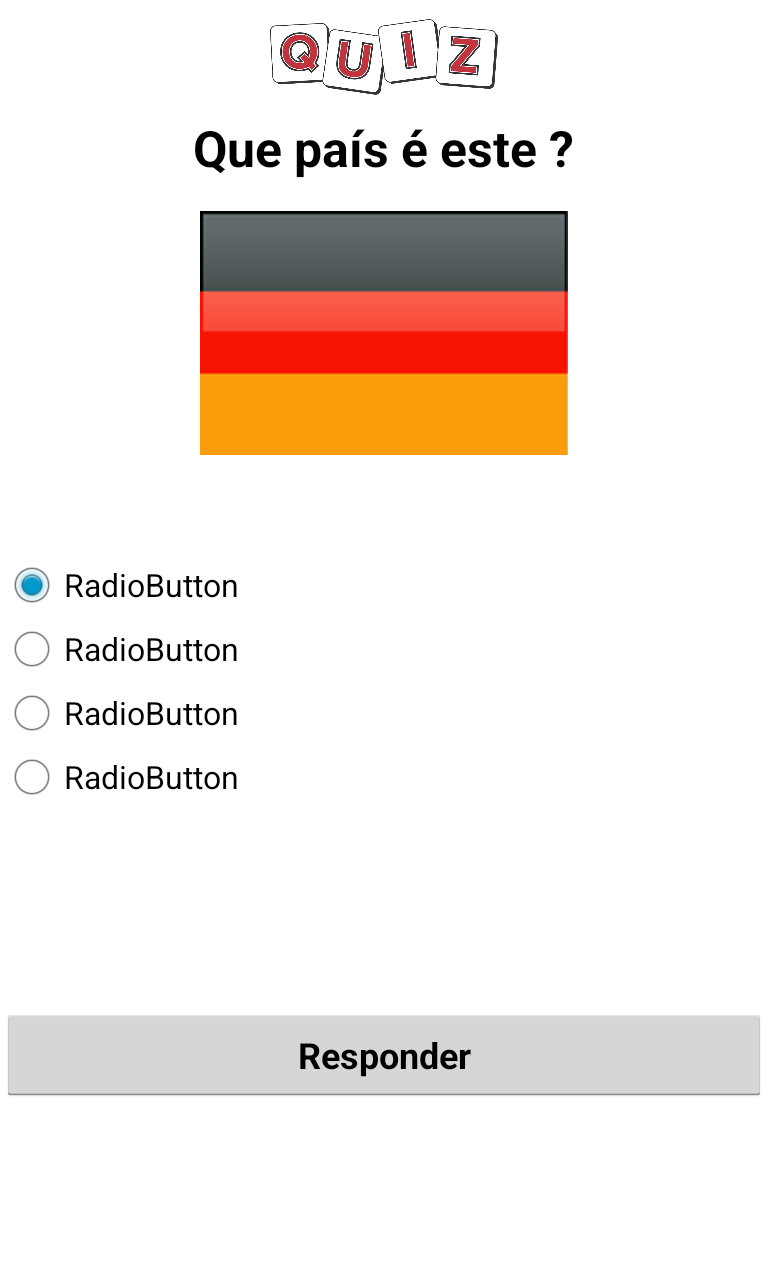
Repository: Rennanxp2/AndroidQuiz
Layout: Quiz Bandeiras Android/Quiz/res/layout/activity_quiz1.xml
The author's editor kept a copy of each file at every save. The layout is drawn from the files as they stood at one save, then again after the next save.
It is drawn on a 768 x 1280 px phone screen (xhdpi) without system bars, with theme AppTheme; the app's code is not run.

Above is the layout before, as saved 2017-10-22 03:11:34.

After the next save:
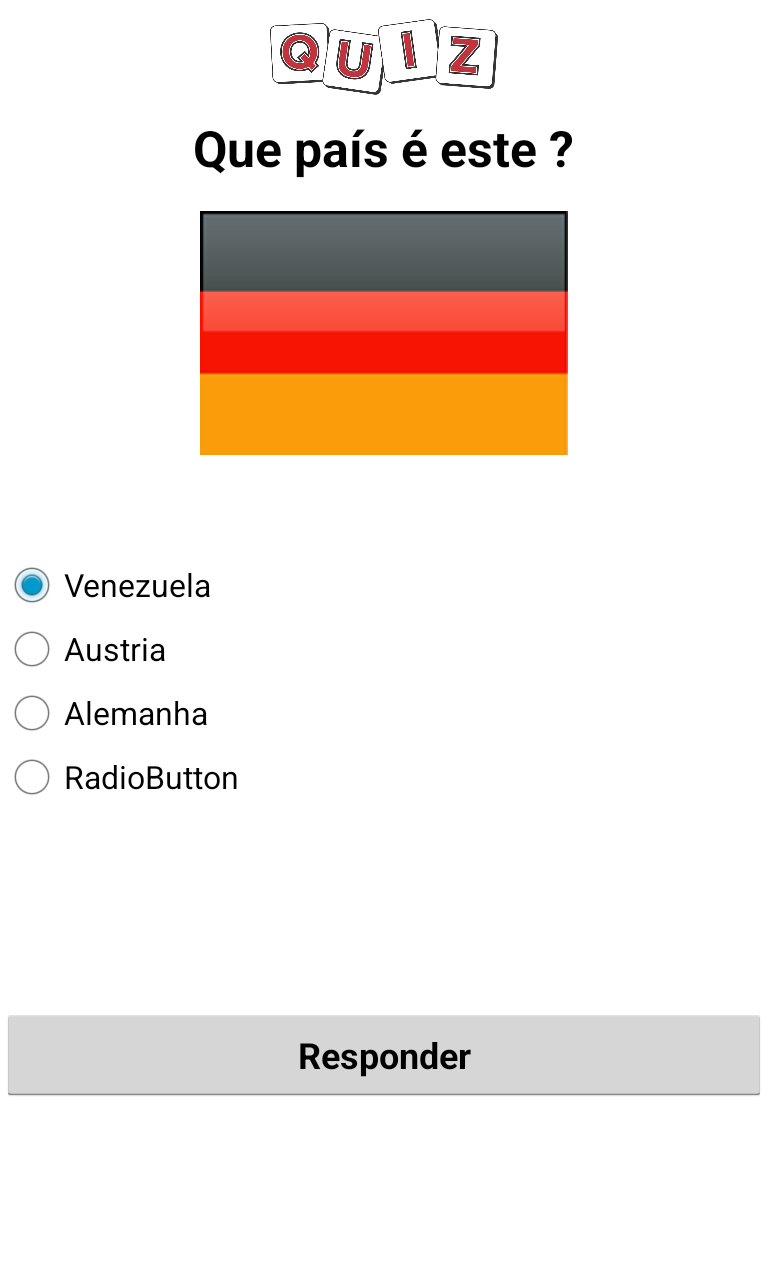
Saved 2 min 16 s later.
--- a/Quiz Bandeiras Android/Quiz/res/layout/activity_quiz1.xml
+++ b/Quiz Bandeiras Android/Quiz/res/layout/activity_quiz1.xml
@@ -69,19 +69,19 @@
                 android:layout_width="wrap_content"
                 android:layout_height="wrap_content"
                 android:checked="true"
-                android:text="RadioButton" />
+                android:text="Venezuela" />
 
             <RadioButton
                 android:id="@+id/rbResposta2"
                 android:layout_width="wrap_content"
                 android:layout_height="wrap_content"
-                android:text="RadioButton" />
+                android:text="Austria" />
 
             <RadioButton
                 android:id="@+id/rbResposta3"
                 android:layout_width="wrap_content"
                 android:layout_height="wrap_content"
-                android:text="RadioButton" />
+                android:text="Alemanha" />
 
             <RadioButton
                 android:id="@+id/rbResposta4"
